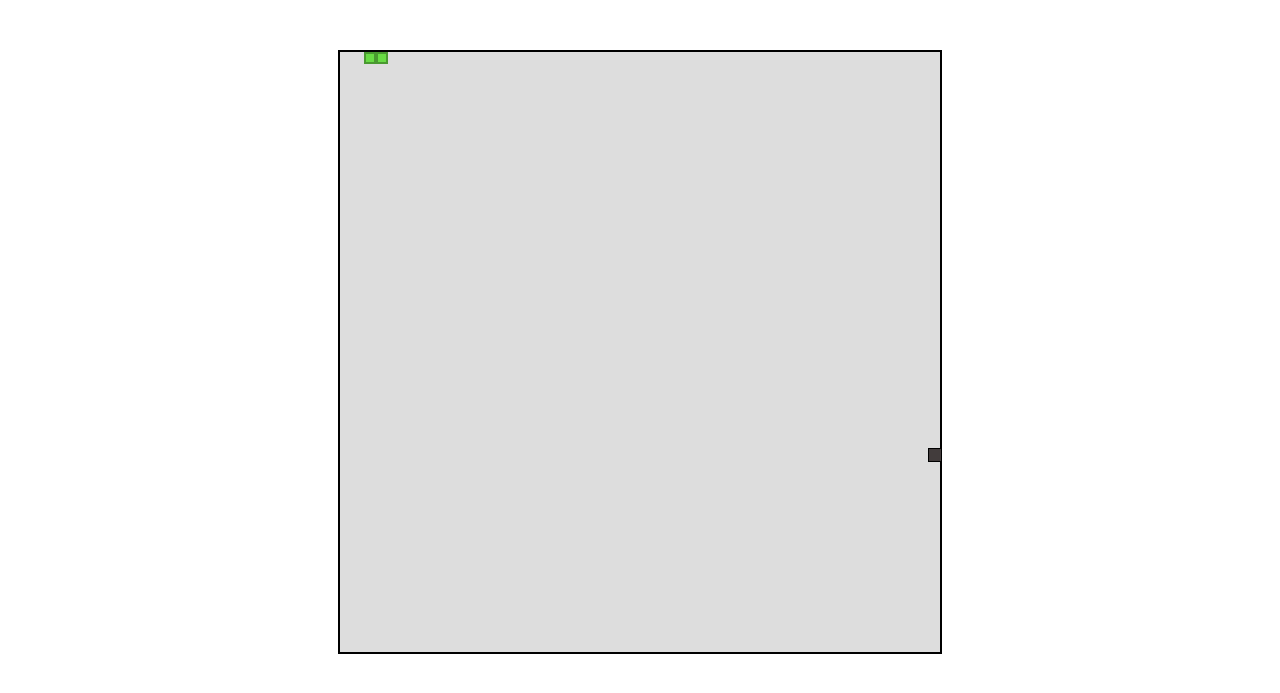
Repository: Krashgul/React_Snake_Game
Page: /
These files come from the project's save history. The page is drawn as it stood at one moment and after the next save; the edit follows.
The browser window is 1280 px wide. The pictures show the whole page.
The project was rebuilt for these pictures with package versions that can differ from the ones it lists, and the page was loaded fresh each time.

Above is the page before, as saved 2021-02-25 02:28:18.

### src/index.css
.game-area {
  position: relative;
  margin: 50px auto;
  width: 600px;
  height: 600px;
  background-color: #ddd;
  border: 2px solid #000;
}

.snake-dot {
  position: absolute;
  box-sizing: border-box;
  width: 2%;
  height: 2%;
  background-color: rgb(104, 219, 68);
  border: 2px solid rgb(73, 153, 48);
  z-index: 2;
}

.snake-food {
  position: absolute;
  width: 2%;
  height: 2%;
  background: rgb(66, 60, 60);
  border: 1px solid #000;
  z-index: 1;
}

### src/App.js
import React, { Component } from 'react';
import Snake from './Snake';
import Food from './Food';

const getRandomCoordinates = () => {
  let min = 1;
  let max = 98;
  let x = Math.floor((Math.random()*(max-min+1)+min)/2)*2;
  let y =  Math.floor((Math.random()*(max-min+1)+min)/2)*2;
  return [x,y]
}

const initialState = {
  food: getRandomCoordinates(),
  speed: 50,
  direction: 'RIGHT',
  snakeDots: [
    [0,0],
    [2,0]
  ]
}

class App extends Component {

  state = initialState;

  componentDidMount() {
    setInterval(this.moveSnake, this.state.speed);
    document.onkeydown = this.onKeyDown;
  }

  componentDidUpdate() {
    this.checkIfOutOfBorders();
    this.checkIfCollapsed();
    this.checkIfEat();
  }

  onKeyDown = (e) => {
    e = e || window.event;
    switch (e.keyCode) {
      case 38:
        this.setState({direction: 'UP'});
        break;
      case 40:
        this.setState({direction: 'DOWN'});
        break;
      case 37:
        this.setState({direction: 'LEFT'});
        break;
      case 39:
        this.setState({direction: 'RIGHT'});
        break;
    }
  }

  moveSnake = () => {
    let dots = [...this.state.snakeDots];
    let head = dots[dots.length - 1];

    switch (this.state.direction) {
      case 'RIGHT':
        head = [head[0] + 2, head[1]];
        break;
      case 'LEFT':
        head = [head[0] - 2, head[1]];
        break;
      case 'DOWN':
        head = [head[0], head[1] + 2];
        break;
      case 'UP':
        head = [head[0], head[1] - 2];
        break;
    }
    dots.push(head);
    dots.shift();
    this.setState({
      snakeDots: dots
    })
  }

  checkIfOutOfBorders() {
    let head = this.state.snakeDots[this.state.snakeDots.length - 1];
    if (head[0] >= 100 || head[1] >= 100 || head[0] < 0 || head[1] < 0) {
      this.onGameOver();
    }
  }

  checkIfCollapsed() {
    let snake = [...this.state.snakeDots];
    let head = snake[snake.length - 1];
    snake.pop();
    snake.forEach(dot => {
      if (head[0] == dot[0] && head[1] == dot[1]) {
        this.onGameOver();
      }
    })
  }

  checkIfEat() {
    let head = this.state.snakeDots[this.state.snakeDots.length - 1];
    let food = this.state.food;
    if (head[0] == food[0] && head[1] == food[1]) {
      this.setState({
        food: getRandomCoordinates()
      })
      this.enlargeSnake();
      this.increaseSpeed();
    }
  }

  enlargeSnake() {
    let newSnake = [...this.state.snakeDots];
    newSnake.unshift([])
    this.setState({
      snakeDots: newSnake
    })
  }

  increaseSpeed() {
    if (this.state.speed > 10) {
      this.setState({
        speed: this.state.speed - 10
      })
    }
  }

  onGameOver() {
    alert(`Game Over. Snake length is ${this.state.snakeDots.length}`);
    this.setState(initialState)
  }

  render() {
    return (
      <div className="game-area">
        <Snake snakeDots={this.state.snakeDots}/>
        <Food dot={this.state.food}/>
      </div>
    );
  }
}

export default App;

### src/Snake.js
import React from 'react';

export default (props) => {
  return (
    <div>
      {props.snakeDots.map((dot, i) => {
        const style = {
          left: `${dot[0]}%`,
          top: `${dot[1]}%`
        }
        return (
          <div className="snake-dot" key={i} style={style}></div>
        )
      })}
    </div>
  )
}

Loaded but not shown: public/index.html (common file); src/index.js (common file); src/serviceWorker.js (common file); src/Food.js (common file)

After the next save:
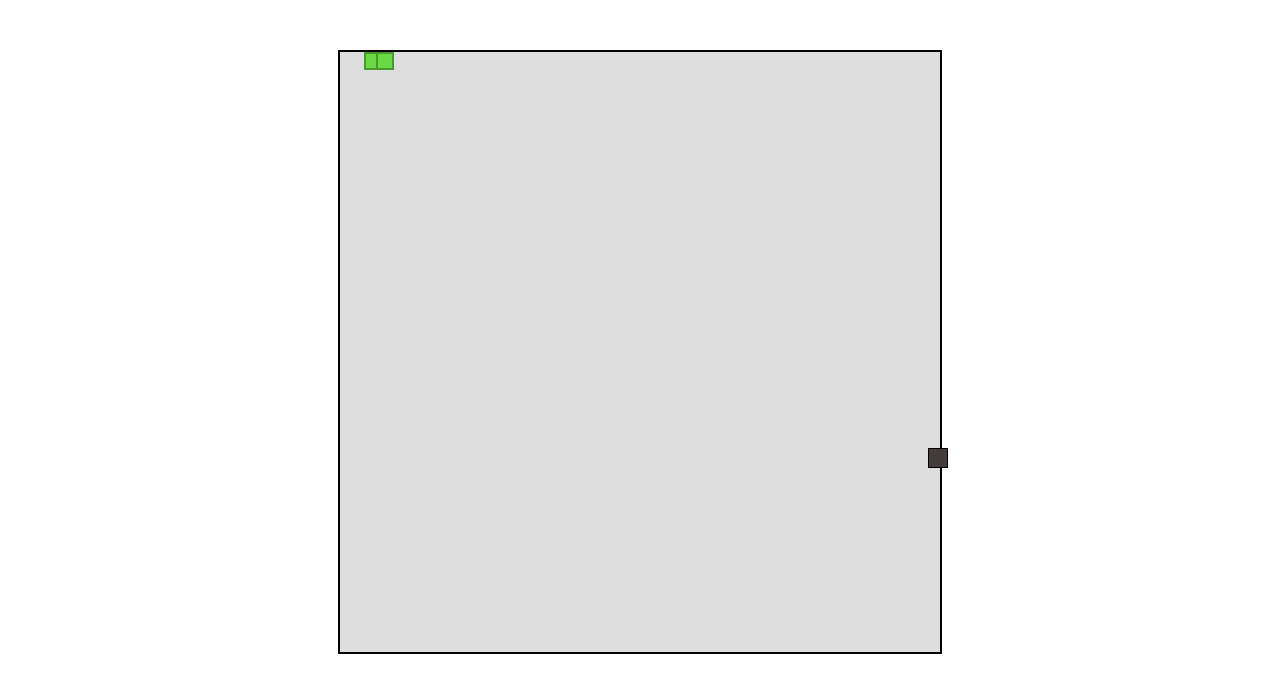
Saved 48 s later.
--- a/src/index.css
+++ b/src/index.css
@@ -10,8 +10,8 @@
 .snake-dot {
   position: absolute;
   box-sizing: border-box;
-  width: 2%;
-  height: 2%;
+  width: 3%;
+  height: 3%;
   background-color: rgb(104, 219, 68);
   border: 2px solid rgb(73, 153, 48);
   z-index: 2;
@@ -19,8 +19,8 @@
 
 .snake-food {
   position: absolute;
-  width: 2%;
-  height: 2%;
+  width: 3%;
+  height: 3%;
   background: rgb(66, 60, 60);
   border: 1px solid #000;
   z-index: 1;
